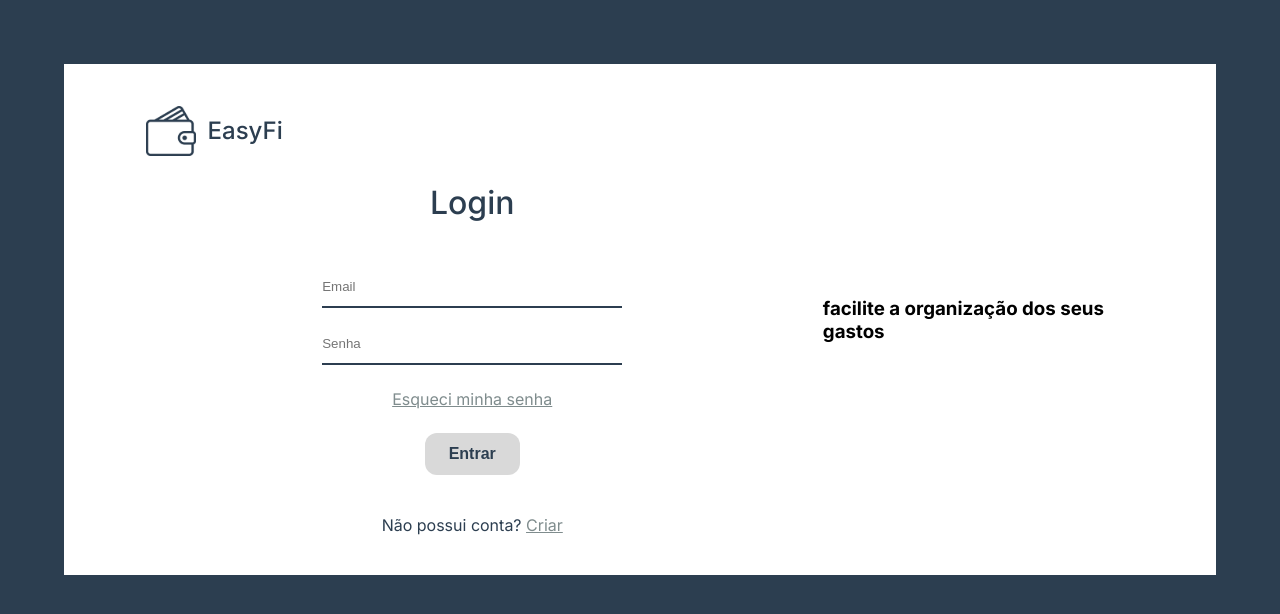
Repository: Ingridiag/projeto-engenharia
Page: login.html
The author's editor kept a copy of each file at every save. The page is drawn from the files as they stood at one save, then again after a run of saves.
The browser window is 1280 px wide. The pictures show the whole page.

Above is the page before, as saved 2024-10-28 16:24:57.

### login.html
<!DOCTYPE html>
<html lang="pt">

<head>
    <meta charset="UTF-8">
    <meta name="viewport" content="width=device-width, initial-scale=1.0">
    <link rel="preconnect" href="https://fonts.googleapis.com">
<link rel="preconnect" href="https://fonts.gstatic.com" crossorigin>
<link href="https://fonts.googleapis.com/css2?family=Inter:ital,opsz,wght@0,14..32,100..900;1,14..32,100..900&display=swap"
rel="stylesheet">
    <link rel="stylesheet" href="style.css">
    <title>Login</title>
</head>

<body>
    <div class="container">

        <!-- Tela Login -->
        <div class="login">
            <div class="primeira-coluna">
                <div class="logo">
                    <img src="imagens/logo-azul 1.svg" alt="logo">
                    <h1>EasyFi</h1>
                </div>
                <div class="formulario">
                    <h1 class="title">Login</h1>
                    <form >
                        <input type="email" placeholder="Email">
                        <input type="password" placeholder="Senha">
                    </form>
                    <div class="uses">
                        <a href="#" class="link">Esqueci minha senha</a>

                    </div>
                    <div class="btn-default">
                        <button>
                            Entrar
                        </button>
                    </div>
                    <div >
                        <p>Não possui conta?
                            <span>
                                <a href="#" class="link">Criar</a>
                            </span>
                        </p>
                    </div>
                </div>
            </div>
            <div class="decor">
                <h3 class="mensagem">
                    facilite a organização dos seus gastos
                </h3>
            </div>
        </div>



        <div class="cadastro">
            <!-- Tela Cadastro -->
            <div class="decor">
                <h3 class="mensagem">
                    facilite a organização dos seus gastos
                </h3>
            </div>

            <div class="primeira-coluna">
                <div class="logo">
                    <img src="imagens/logo-azul 1.svg" alt="logo">
                    <h1>EasyFi</h1>
                </div>
                <div class="formulario">
                    <h1 class="title">Criar Conta</h1>
                    <form >
                        <input type="text" placeholder="Nome">
                        <input type="email" placeholder="Email">
                        <input type="password" placeholder="Senha">
                        <input type="password" placeholder=" Confirmar senha">
                    </form>
                    <div>
                        <a href="#" class="link">Esqueci minha senha</a>

                    </div>
                    <div class="btn-default">
                        <button>
                            Entrar
                        </button>
                    </div>
                    <div class="uses">
                        <p>Já possui conta?
                            <span>
                                <a href="#" class="link">Login</a>
                            </span>
                        </p>
                    </div>
                </div>
            </div>
        </div>


    </div>

</body>

</html>

### style.css
body {
    margin: 0;
    padding: 0;
    box-sizing: border-box;
    background: #2C3E50;
    font-family: "Inter", sans-serif;
}

.container {
    display: flex;
    justify-content: center;
    align-items: center;
    margin: 5%;
}

.login {
    width: 100%;
    height: 55vh;
    padding: 5%;
    display: flex;
    align-items: center;
    background: #fff;
    justify-content: space-between;
}

.primeira-coluna {
    width: 70%;
    display: flex;
    flex-direction: column;
    justify-content: center;
    /* background: #909090; */
}

.logo {
    display: flex;
    gap: 12px;
    align-items: center;
    padding: 12px 24px 0;
    color: #2C3E50;

    h1 {
        font-size: 24px;
        font-weight: 500;
    }
    img{
        width: 50px;

    }

}

.formulario {
    display: flex;
    flex-direction: column;
    align-items: center;
    gap: 24px;
    color: #2C3E50;
    h1{
        font-weight: 500;}
}

.formulario form {
    display: flex;
    flex-direction: column;
    gap: 16px;
}

.formulario form input {
    width: 300px;
    padding: 12px 0px;
    background: none;
    border: none;
    border-bottom: 2px solid #2C3E50;
    outline: none;
    color: #2C3E50;

}

.formulario a {
    color: #7F8C8D;
}

.btn-default button {
    background: #D9D9D9;
    border: none;
    border-radius: 12px;
    padding: 12px 24px;
    font-size: 16px;
    transition: 0.2s ease;
    cursor: pointer;
    color: #2C3E50;
    font-weight: 600;
}

.btn-default button:hover {
    background: #F4EEEE;
    color: #577695;
    transform: scale(1.1);
}
.decor{
    height: auto;
    background-image: im;
}

.cadastro {
    display: none;
    flex-direction: column;
    position: relative;
}

After the next 5 saves:
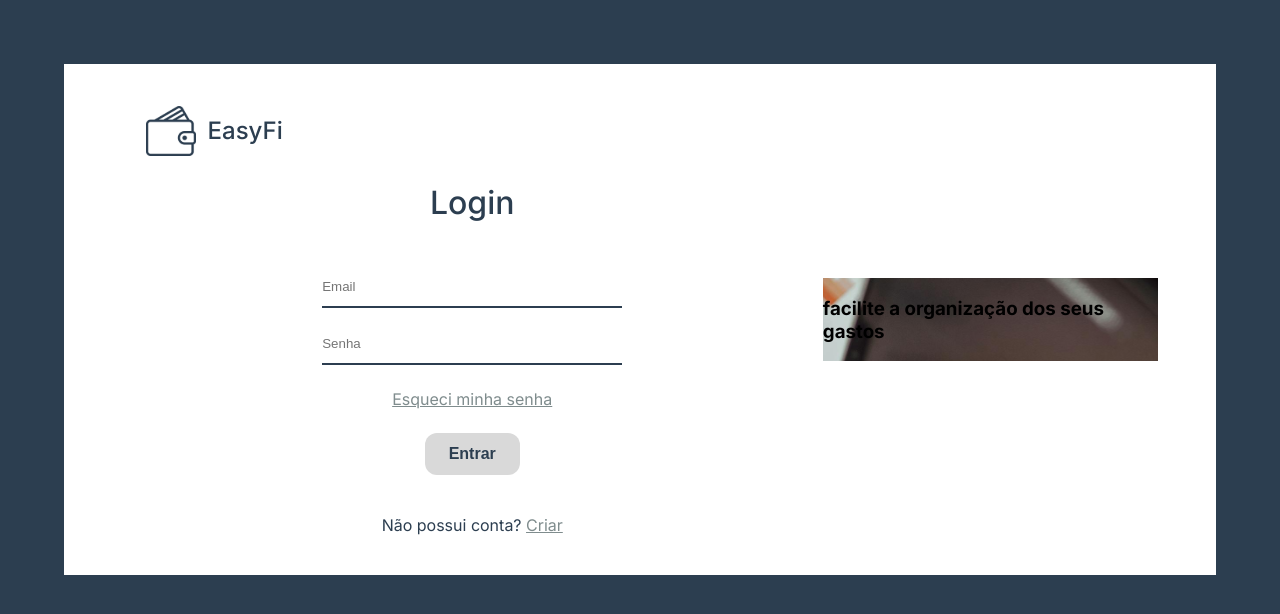
The 5 saves are shown as one change because they came seconds apart.
The last was saved 19 s later.
--- a/style.css
+++ b/style.css
@@ -99,7 +99,7 @@ body {
 }
 .decor{
     height: auto;
-    background-image: im;
+    background-image: url(imagens/imagem_background.svg);
 }
 
 .cadastro {
